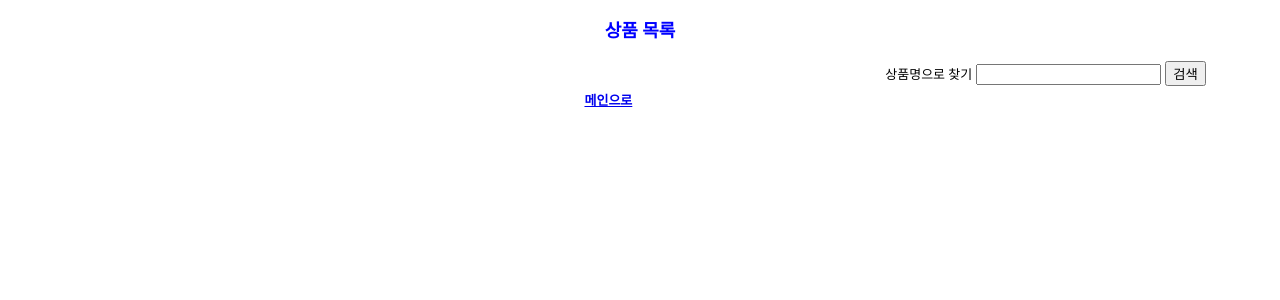
Repository: severrepair/JSPproject
Page: http://localhost/Shop/product_list.jsp
The author's editor kept a copy of each file at every save. The page is drawn from the files as they stood at one save, then again after the next save.
The browser window is 1280 px wide. The pictures show the whole page.
The page is served by Tomcat 9.

Above is the page before, as saved 2022-12-02 03:39:34.

### Shop/src/main/webapp/product_list.jsp
<%@ page contentType="text/html; charset=UTF-8" pageEncoding="UTF-8"%>
<%@ page language="java" import="java.sql.*, java.util.*, java.text.* " %>
<% request.setCharacterEncoding("UTF-8");%>
<!DOCTYPE html>
<html>
<head>
<meta charset="UTF-8">
<title>상품 목록</title>
</head>
<body>
<P align=center>
<FONT color=#0000ff face=굴림 size=+1>
<STRONG>상품 목록</STRONG>
</FONT>
</P>

<FORM method=post name=search action="/Shop/product_list.jsp">
<TABLE border=0 width=95%>
	<TR>
		<TD align=right>
			<FONT size=-1>상품명으로 찾기</FONT>
			<INPUT type=text name=pname>
			<INPUT type=submit value="검색">
		</TD>
	</TR>
	<TR>
		<TH>
			<FONT size=-1>
				<A href="/Shop/main.html">메인으로</A>
			</FONT>




</TABLE>
</FORM>

</body>
</html>

After the next save:
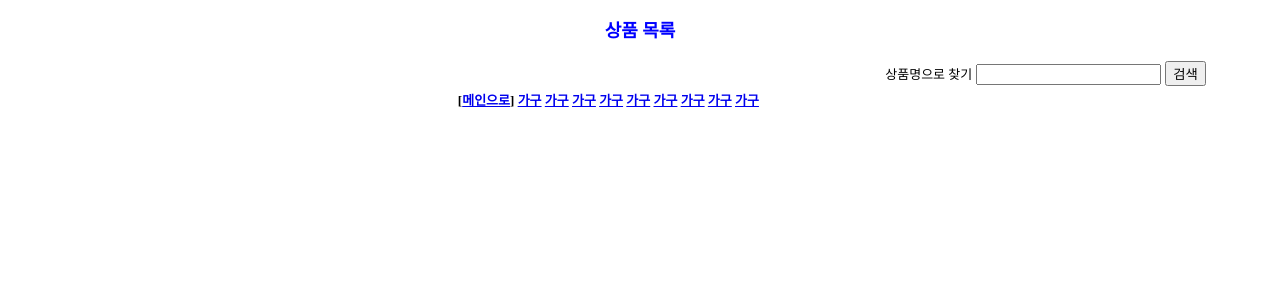
Saved 38 s later.
--- a/Shop/src/main/webapp/product_list.jsp
+++ b/Shop/src/main/webapp/product_list.jsp
@@ -26,7 +26,17 @@
 	<TR>
 		<TH>
 			<FONT size=-1>
-				<A href="/Shop/main.html">메인으로</A>
+				[<A href="/Shop/main.html">메인으로</A>]
+				<A href="product_list.jsp? cat=11">가구</A>
+				<A href="product_list.jsp? cat=11">가구</A>
+				<A href="product_list.jsp? cat=11">가구</A>
+				<A href="product_list.jsp? cat=11">가구</A>
+				<A href="product_list.jsp? cat=11">가구</A>
+				<A href="product_list.jsp? cat=11">가구</A>
+				<A href="product_list.jsp? cat=11">가구</A>
+				<A href="product_list.jsp? cat=11">가구</A>
+				<A href="product_list.jsp? cat=11">가구</A>
+
 			</FONT>
 
 
